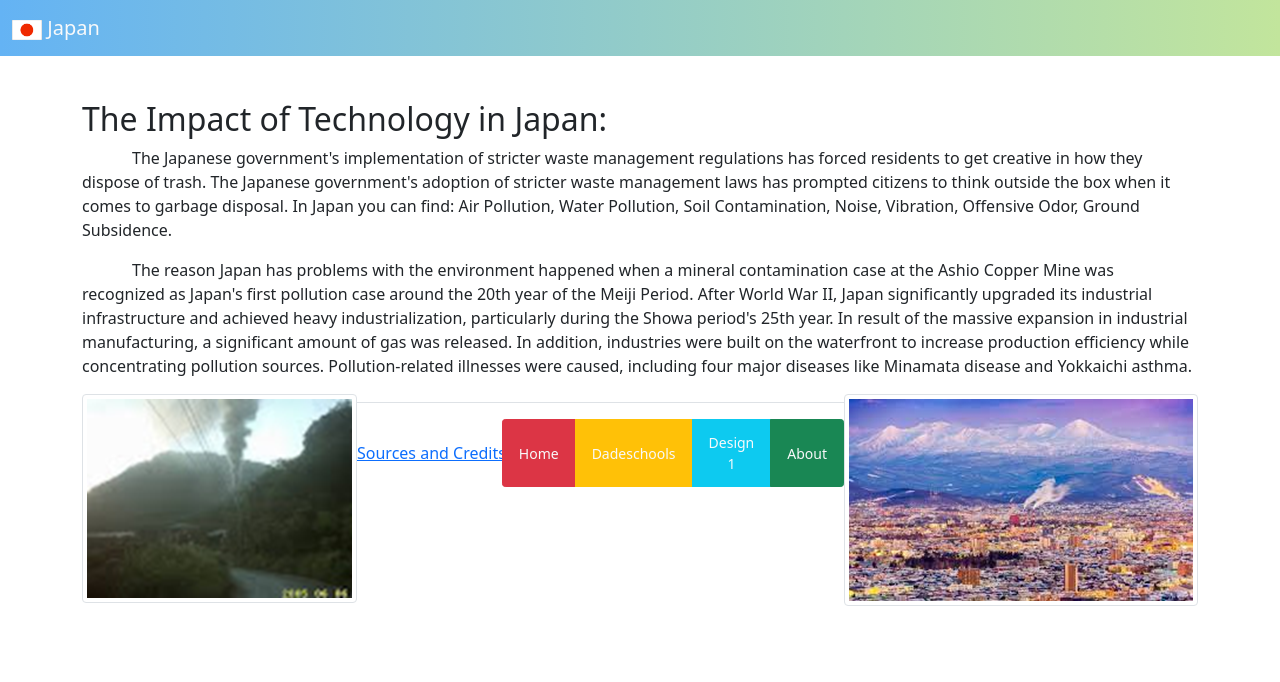
Repository: mrchilliballs/mrchilliballs.github.io
Page: untitled-2.html
These files come from the project's save history. The page is drawn as it stood at one moment and after the next save; the edit follows.
The browser window is 1280 px wide. The pictures show the whole page.

Above is the page before, as saved 2021-09-02 18:54:37.

After the next save:
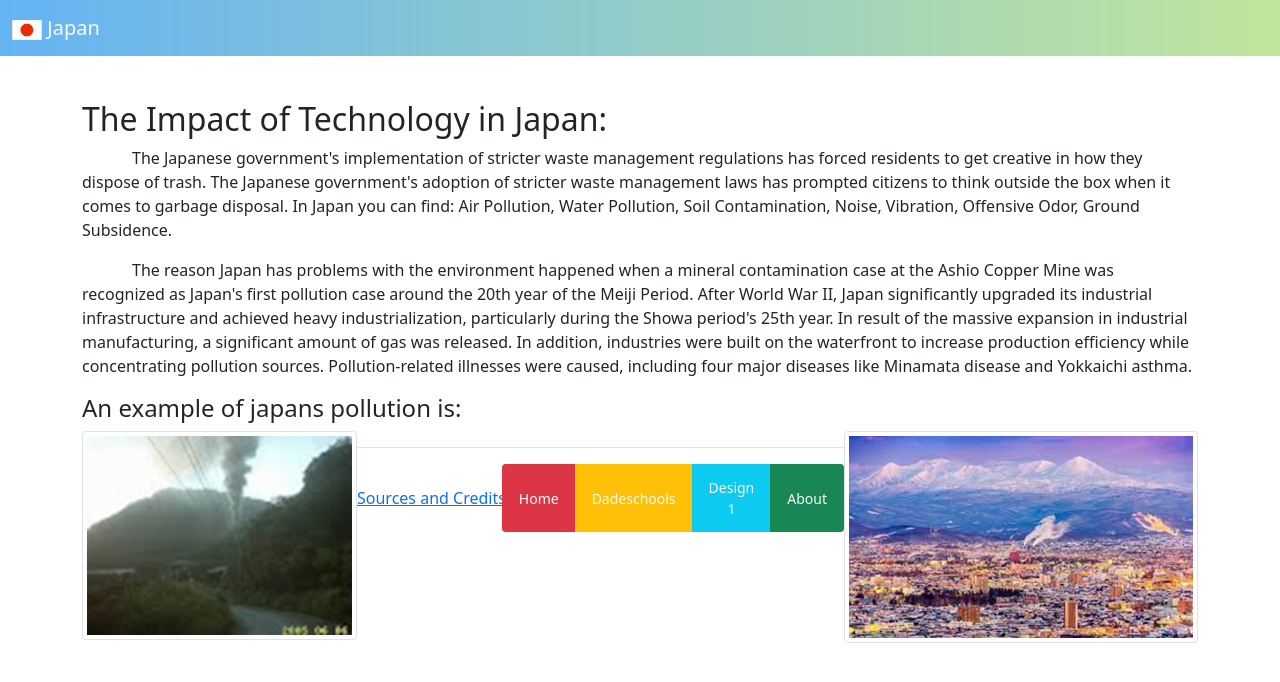
Saved 21 s later.
--- a/untitled-2.html
+++ b/untitled-2.html
@@ -35,7 +35,7 @@
 	<p style="text-indent: 50px;">The Japanese government's implementation of stricter waste management regulations has forced residents to get creative in how they dispose of trash. The Japanese government's adoption of stricter waste management laws has prompted citizens to think outside the box when it comes to garbage disposal. In Japan you can find: Air Pollution, Water Pollution, Soil Contamination, Noise, Vibration, Offensive Odor, Ground Subsidence.
 	<br></p><p style="text-indent: 50px;">The reason Japan has problems with the environment happened when a mineral contamination case at the Ashio Copper Mine was recognized as Japan's first pollution case around the 20th year of the Meiji Period. After World War II, Japan significantly upgraded its industrial infrastructure and achieved heavy industrialization, particularly during the Showa period's 25th year. In result of the massive expansion in industrial manufacturing, a significant amount of gas was released. In addition, industries were built on the waterfront to increase production efficiency while concentrating pollution sources. Pollution-related illnesses were caused, including four major diseases like Minamata disease and Yokkaichi asthma.
     </p>
-    <h4></h4>
+    <h4>An example of japans pollution is:</h4>
     <img src="Picture3.png" class="rounded float-start img-thumbnail img-fluid" alt="...">
     <img src="Picture4.png" class="rounded float-end img-thumbnail img-fluid" alt="...">
         <div class="container">
